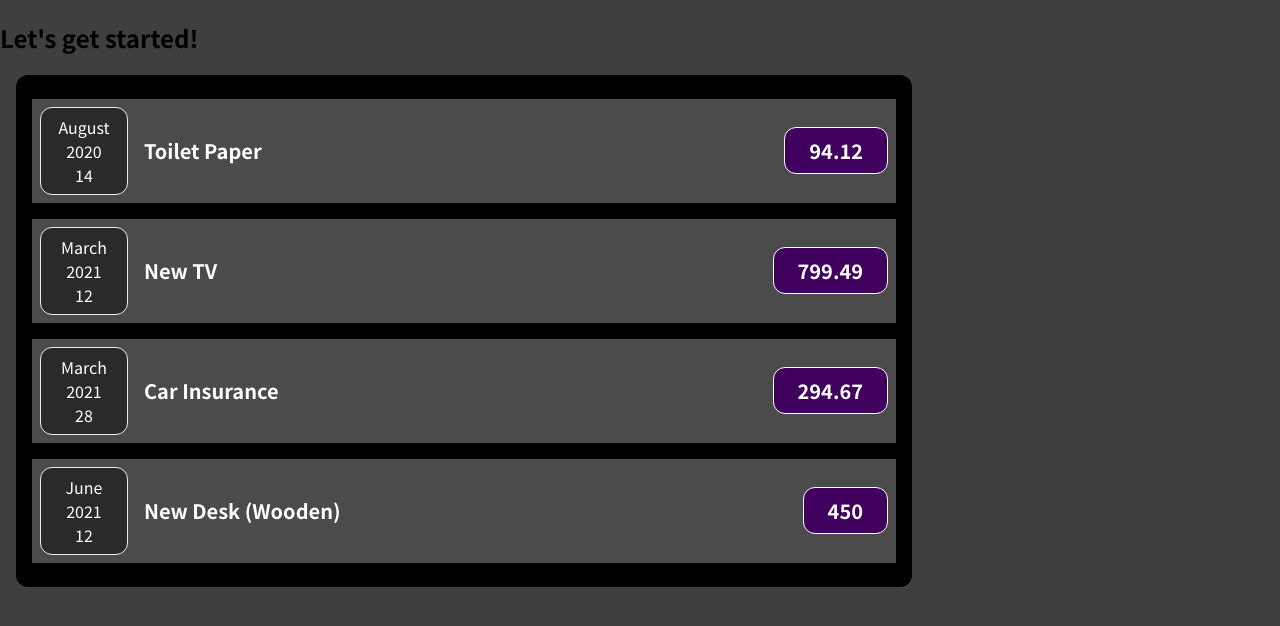
Repository: kowalkos/react-course-first
Page: /
An editor plug-in stored every save of this project. The page is shown before and after the next save, followed by the edit.
The browser window is 1280 px wide. The pictures show the whole page.
The project was rebuilt for these pictures with package versions that can differ from the ones it lists, and the page was loaded fresh each time.

Above is the page before, as saved 2021-11-27 18:15:32.

### src/App.js
import Expenses from "./components/Expenses";
function App() {
  const expenses = [
    {
      id: "e1",
      title: "Toilet Paper",
      amount: 94.12,
      date: new Date(2020, 7, 14),
    },
    { id: "e2", title: "New TV", amount: 799.49, date: new Date(2021, 2, 12) },
    {
      id: "e3",
      title: "Car Insurance",
      amount: 294.67,
      date: new Date(2021, 2, 28),
    },
    {
      id: "e4",
      title: "New Desk (Wooden)",
      amount: 450,
      date: new Date(2021, 5, 12),
    },
  ];
  return (
    <div>
      <h2>Let's get started!</h2>
      <Expenses data={expenses} />
    </div>
  );
}

export default App;

### src/components/Expenses.js
import ExpenseItem from "./ExpenseItem";
import "./Expenses.css";
function Expenses(props) {
  return (
    <div className="expenses">
      {props.data.map((item) => (
        <ExpenseItem title={item.title} date={item.date} amount={item.amount} />
      ))}
    </div>
  );
}
export default Expenses;

### src/components/ExpenseItem.js
import "./ExpenseItem.css";
import ExpenseDate from "./ExpenseDate";
function ExpenseItem(props) {
  return (
    <div className="expense-item">
      <ExpenseDate date={props.date}/>
      <div className="expense-item__description">
        <h2>{props.title}</h2>
        <div className="expense-item__price">{props.amount}</div>
      </div>
    </div>
  );
}
export default ExpenseItem;

### src/components/Expenses.css
.expenses{
    background-color: black;
    padding: 0.5rem 1rem;
    border-radius: 12px;
    margin: 1rem;
    width: 70%;
}

### src/components/Expenses/ExpenseItem.css
.expense-item {
    display: flex;
    justify-content: space-between;
    align-items: center;
    padding: 0.5rem;
    margin: 1rem 0;
    background-color: #4b4b4b;
  }

  .expense-item__description {
    display: flex;
    flex-direction: column;
    gap: 1rem;
    align-items: flex-end;
    flex-flow: column-reverse;
    justify-content: flex-start;
    flex: 1;
  }

  .expense-item h2 {
    color: #3a3a3a;
    font-size: 1rem;
    flex: 1;
    margin: 0 1rem;
    color: white;
  }

  .expense-item__price {
    font-size: 1rem;
    font-weight: bold;
    color: white;
    background-color: #40005d;
    border: 1px solid white;
    padding: 0.5rem;
    border-radius: 12px;
  }

  @media (min-width: 580px) {
    .expense-item__description {
      flex-direction: row;
      align-items: center;
      justify-content: flex-start;
      flex: 1;
    }

    .expense-item__description h2 {
      font-size: 1.25rem;
    }

    .expense-item__price {
      font-size: 1.25rem;
      padding: 0.5rem 1.5rem;
    }
  }

### src/components/ExpenseDate.js
import './ExpenseDate.css';
function ExpenseDate(props) {
  const month = props.date.toLocaleString("en-US", { month: "long" });
  const day = props.date.toLocaleString("en-US", { day: "2-digit" });
  const year = props.date.getFullYear();
  return (
    <div className="expense-date">
      <div className="expense-date-month">{month}</div>
      <div className="expense-date-year">{year}</div>
      <div className="expense-date-day">{day}</div>
    </div>
  );
}
export default ExpenseDate;

Loaded but not shown: public/index.html (common file); src/index.js (common file); src/index.css (common file); src/components/ExpenseDate.css (common file)

After the next save:
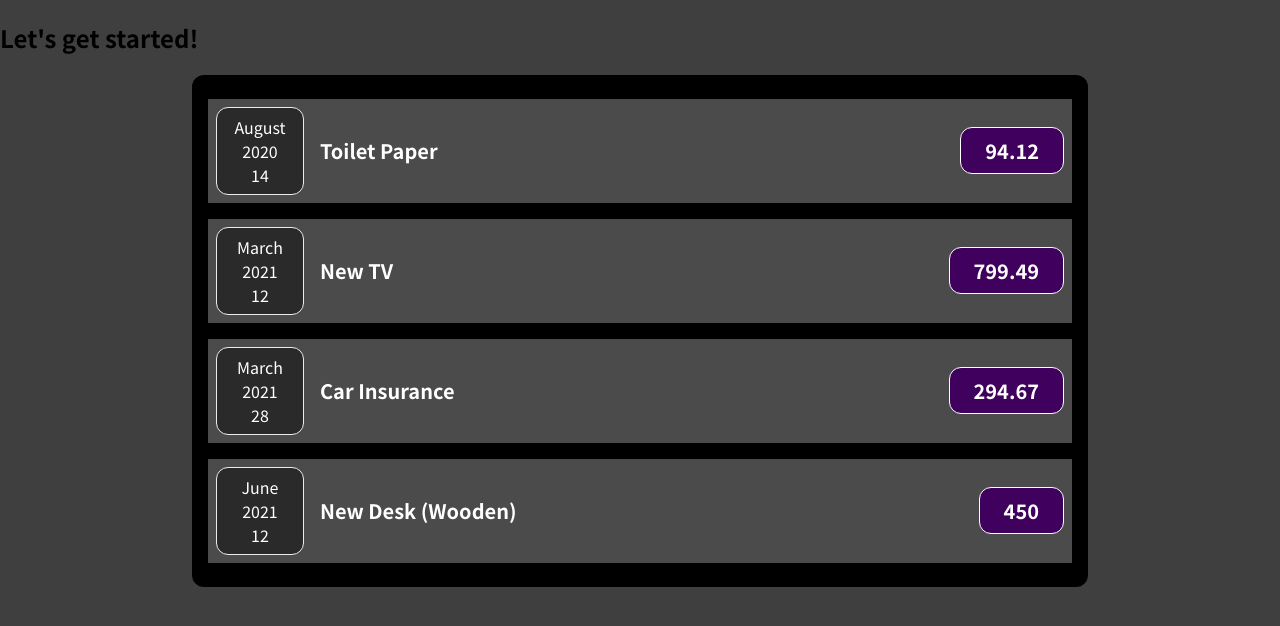
Saved 23 s later.
--- a/src/components/Expenses.css
+++ b/src/components/Expenses.css
@@ -2,6 +2,6 @@
     background-color: black;
     padding: 0.5rem 1rem;
     border-radius: 12px;
-    margin: 1rem;
+    margin: auto;
     width: 70%;
 }
